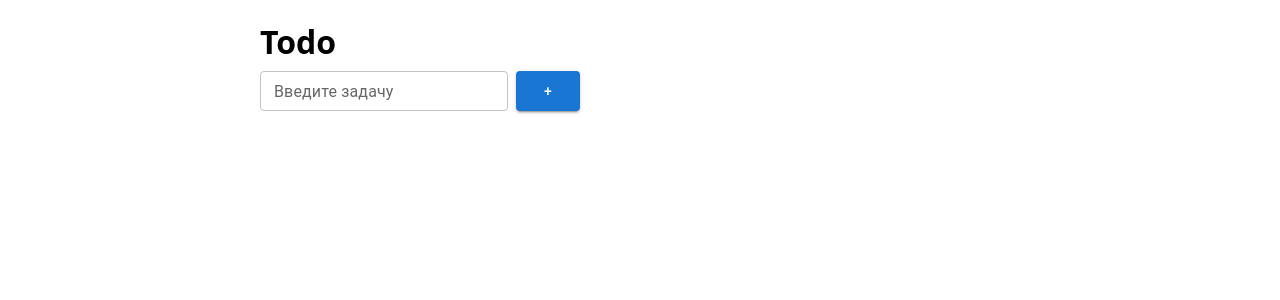
Repository: Burnmyheart/todo-app
Page: /
An editor plug-in stored every save of this project. The page is shown before and after the next save, followed by the edit.
The browser window is 1280 px wide. The pictures show the whole page.
The project was rebuilt for these pictures with package versions that can differ from the ones it lists, and the page was loaded fresh each time. Also part of the build but not shown: vite.config.ts, src/components/TodoItem/TodoItem.tsx, src/components/TodoList/TodoList.tsx.

Above is the page before, as saved 2025-09-20 02:06:44.

After the next save:
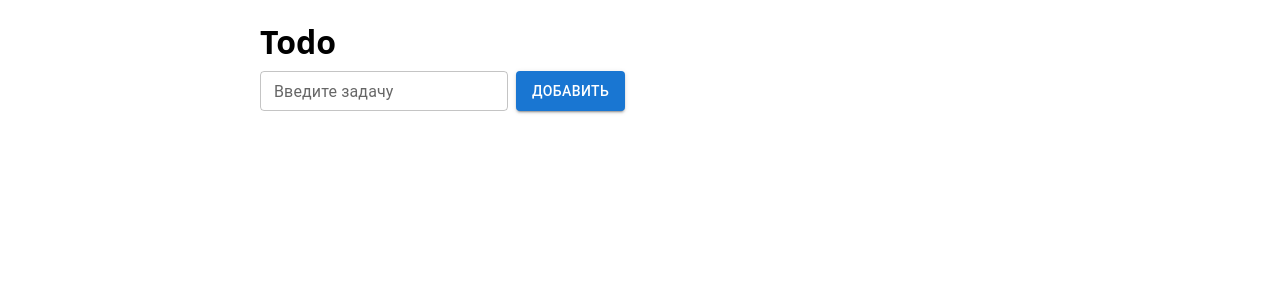
Saved 89 s later.
--- a/src/components/AddTodo/AddTodo.tsx
+++ b/src/components/AddTodo/AddTodo.tsx
@@ -34,7 +34,7 @@
         helperText={error ? "Поле не может быть пустым" : ""}
       />
       <Button variant="contained" onClick={handleAdd}>
-        +
+        Добавить
       </Button>
     </Stack>
   );

After the save that followed:
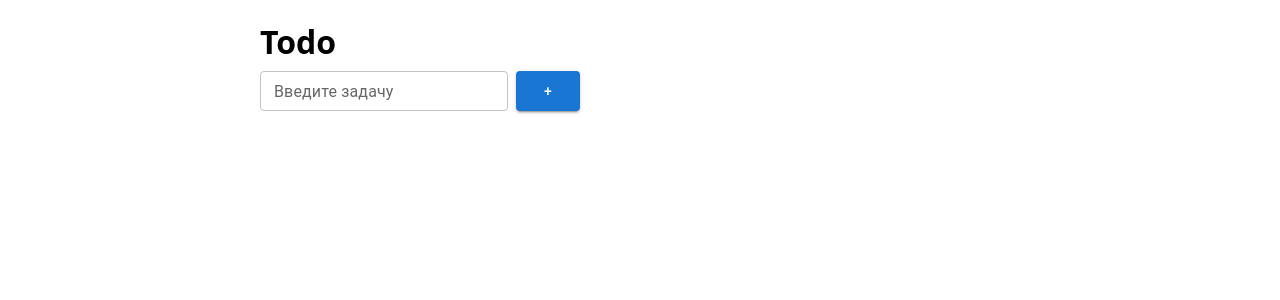
Saved 62 s later.
--- a/src/components/AddTodo/AddTodo.tsx
+++ b/src/components/AddTodo/AddTodo.tsx
@@ -34,7 +34,7 @@
         helperText={error ? "Поле не может быть пустым" : ""}
       />
       <Button variant="contained" onClick={handleAdd}>
-        Добавить
+        +
       </Button>
     </Stack>
   );
